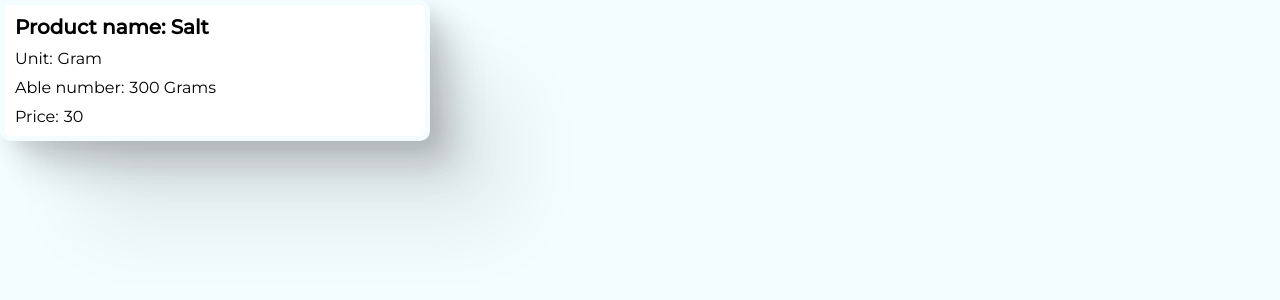
Repository: OlexandraKovach2/Vue
Page: / (app in vuexam/brila-exam/)
These files come from the project's save history. The page is drawn as it stood at one moment and after the next save; the edit follows.
The browser window is 1280 px wide. The pictures show the whole page.
The project was rebuilt for these pictures with package versions that can differ from the ones it lists, and the page was loaded fresh each time. Also part of the build but not shown: vuexam/brila-exam/vue.config.js.

Above is the page before, as saved 2022-11-08 21:54:28.

After the next save:
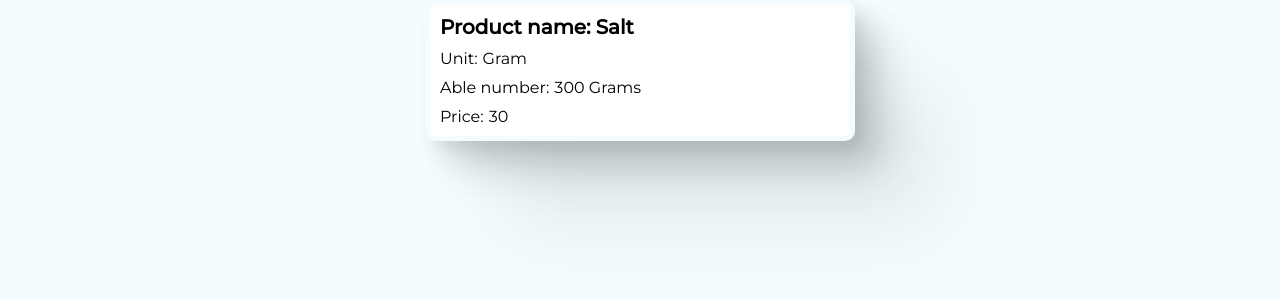
Saved 21 s later.
--- a/vuexam/brila-exam/src/components/ObjectTable/index.vue
+++ b/vuexam/brila-exam/src/components/ObjectTable/index.vue
@@ -34,4 +34,8 @@
     display: flex;
     flex-direction: column;
 }
+.objectTable{
+    display: flex;
+    justify-content: center;
+}
 </style>
